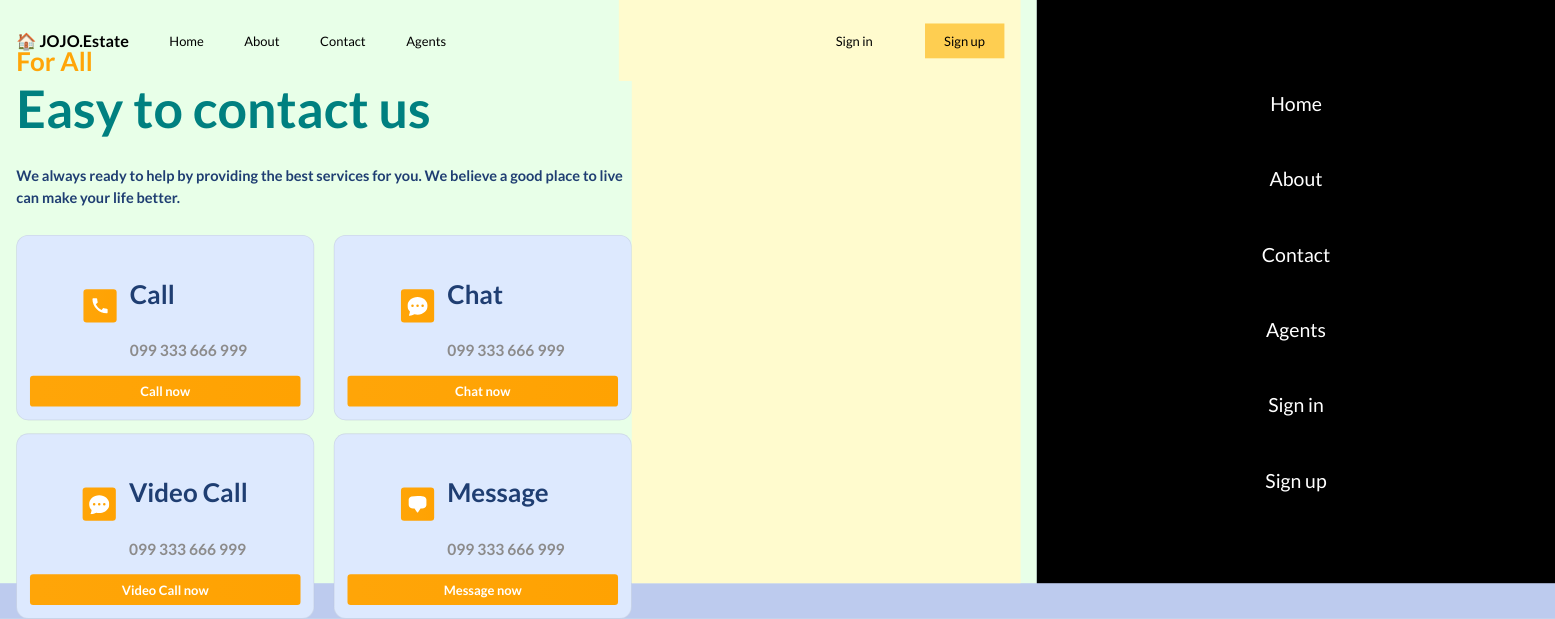
Repository: AiTrinh303/JOJO-estate
Page: /contact (app in client/)
These files come from the project's save history. The page is drawn as it stood at one moment and after the next save; the edit follows.
The browser window is 1280 px wide. The page is 1920 px wide, so the pictures cover 1920 px, including what lies to the right of the window. The pictures show the whole page, at 81% of full size.
The page's requests for data from a server got no answer. The project was rebuilt for these pictures with package versions that can differ from the ones it lists, and the page was loaded fresh each time. No one was signed in, and anything a server would have sent is missing. Also part of the build but not shown: client/vite.config.js, client/src/components/searchBar/searchBar.scss, client/src/components/searchBar/SearchBar.jsx, client/src/routes/homePage/homePage.scss, client/src/routes/homePage/homePage.jsx, client/src/routes/listPage/listPage.scss, client/src/components/filter/filter.scss, client/src/components/filter/Filter.jsx and 30 more. Imported but missing from the stored project, and not drawn on this page: client/src/components/uploadWidget/UploadWidget.

Above is the page before, as saved 2024-10-15 15:10:53.

After the next save:
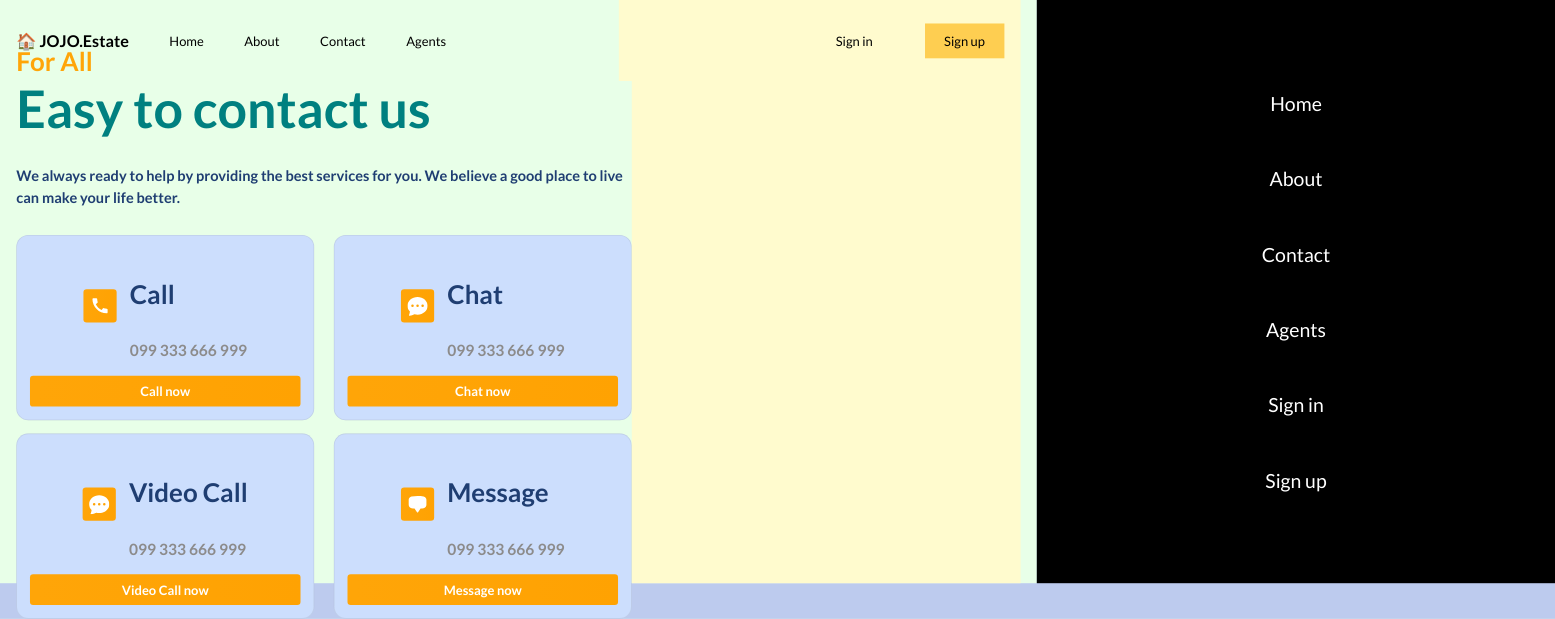
Saved 16 s later.
--- a/client/src/routes/contactPage/contactPage.scss
+++ b/client/src/routes/contactPage/contactPage.scss
@@ -54,7 +54,7 @@
                 border-radius: 15px;
                 gap: 1rem;
                 transition: all 300ms ease-in;
-                background: #DDE9FE;
+                background: #CCDEFD;
 
                 .flexStart{
                     display: flex;

After the save that followed:
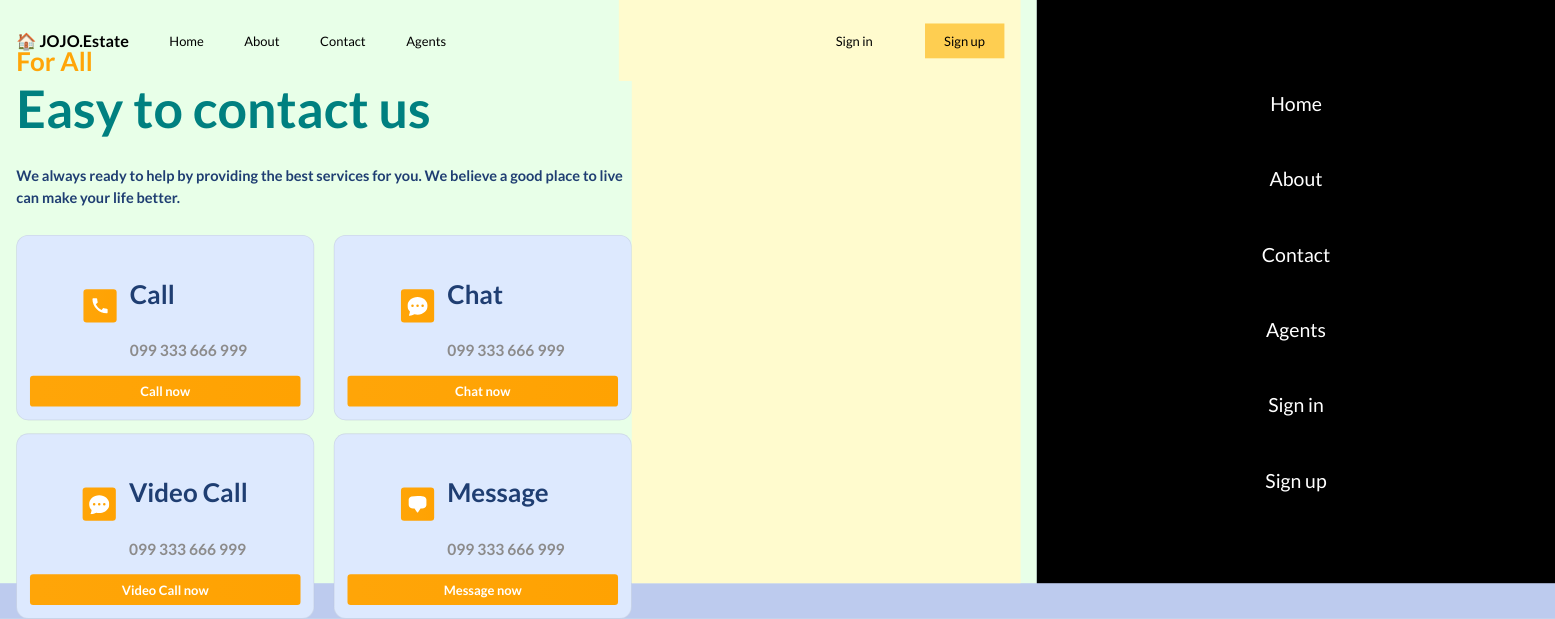
Saved 7 s later.
--- a/client/src/routes/contactPage/contactPage.scss
+++ b/client/src/routes/contactPage/contactPage.scss
@@ -54,7 +54,7 @@
                 border-radius: 15px;
                 gap: 1rem;
                 transition: all 300ms ease-in;
-                background: #CCDEFD;
+                background: #DDE9FE;
 
                 .flexStart{
                     display: flex;
